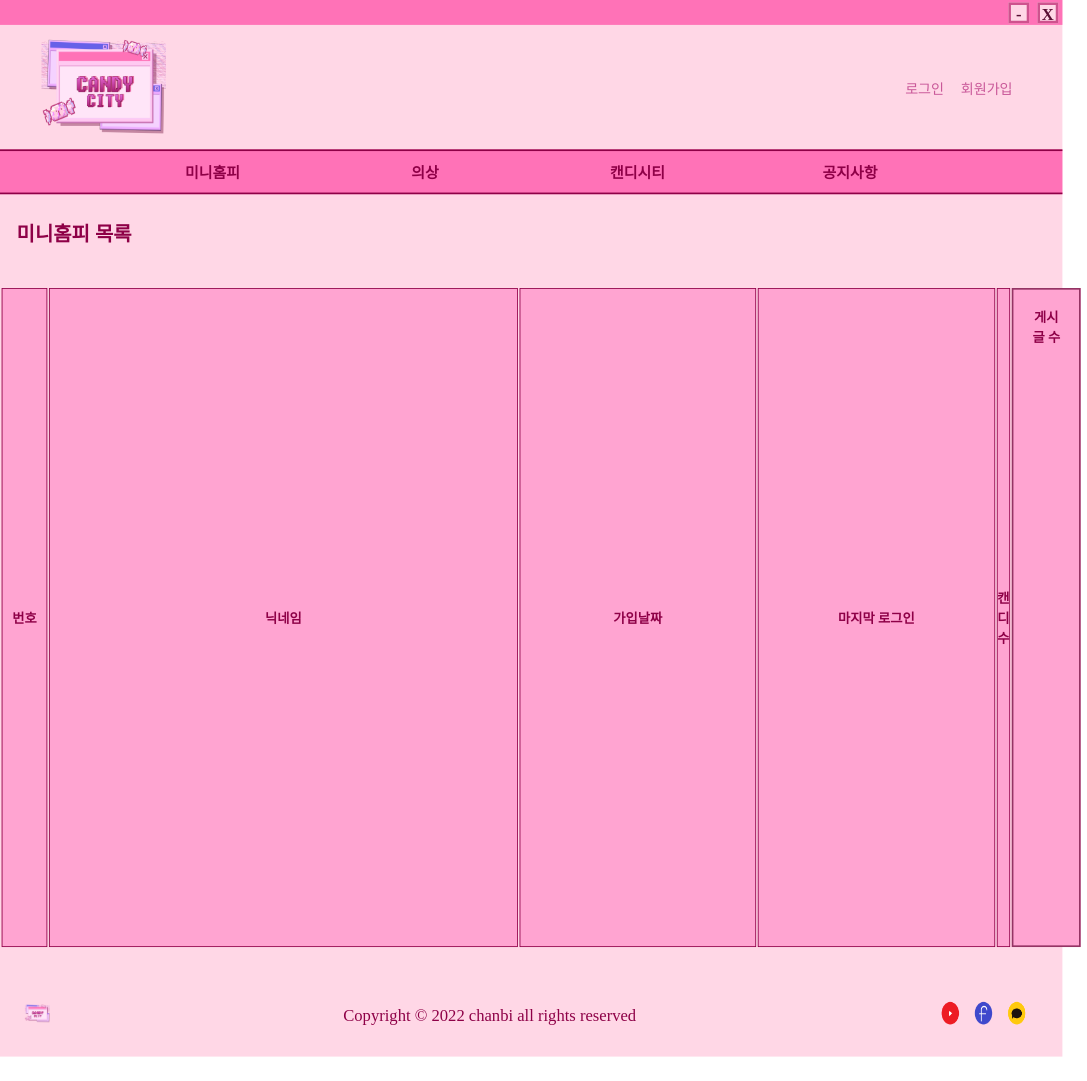
Repository: chanbiM/candyCityProject
Page: http://localhost/CandyCityProj/getUserList
The author's editor kept a copy of each file at every save. The page is drawn from the files as they stood at one save, then again after the next save.
The browser window is 1280 px wide. The page is 1310 px wide, so the pictures cover 1310 px, including what lies to the right of the window. The pictures show the whole page, at 83% of full size.
Some web fonts or font styles are not loaded; a fallback is used. The page is served by Tomcat 9. Other server files are loaded and not shown. Queries for data that is not in the repository find no rows.

Above is the page before, as saved 2022-11-20 05:01:55.

### CandyCityProj/WebContent/admin/memberList.jsp
<%@page import="java.util.ArrayList"%>
<%@page import="vo.MemberVO"%>
<%@ page language="java" contentType="text/html; charset=UTF-8"
    pageEncoding="UTF-8"%>
<%@ include file="/header.jsp"%>
<link rel="stylesheet" href="/css/homepiStyle.css">
<link rel="stylesheet" href="/css/postListStyle.css">

	<br>
<%
	ArrayList<MemberVO> homepiList = (ArrayList<MemberVO>)request.getAttribute("userList");
%>
	<!--미니홈피 목록-->
	<h2>미니홈피 목록</h2> <br>
			<table id="homepiList">
				<tr>
					<th class="number">
						번호
					</th>

					<th class="name">
						닉네임
					</th>

					<th class="joinDate">
						가입날짜
					</th>

					<th class="loginDate">
						마지막 로그인
					</th>
					<th class="candy">
						캔디수
					</th>
					<th class="post">
						게시글 수
					</th>
				</tr>

				<%
					int num = 1;
					for(MemberVO data : homepiList) {
				%>
					<tr>
						<td>
							<a href="/GetHomepi?id=<%= data.getId() %>"><%= num %></a>
						</td>
						<td>
							<a href="/GetHomepi?id=<%= data.getId() %>"><%= data.getName() %></a>
						</td>
						<td>
							<a href="/GetHomepi?id=<%= data.getId() %>"><%= data.getJoinDate() %></a>
						</td>
						<td>
							<% if(data.getLoginDate() == null){ %>
								<a href="/GetHomepi?id=<%= data.getId() %>">로그인 한 적 없음</a>
							<% } else {%>
								<a href="/GetHomepi?id=<%= data.getId() %>"><%= data.getLoginDate() %></a>
							<% } %>
						</td>
				</tr>
					<% num++; %>
				<% } %>


			</table>

<%@ include file="/footer.jsp"%>

### CandyCityProj/WebContent/header.jsp
<%@page import="vo.MemberVO"%>
<%@ page language="java" contentType="text/html; charset=UTF-8"
	pageEncoding="UTF-8"%>
<!DOCTYPE html>
<html>
<head>
<meta charset="UTF-8">
<title>Candy City</title>
<link rel="stylesheet" href="/css/mainStyle.css">
<script src="/js/jquery-3.1.1.min.js"></script>
</head>
<body>
	<div class="wrapper">
		<!-- 창 바 -->
		<div class="window">
			<button class="widow_btn" id="-_btn">-</button>
			<button class="widow_btn" id="x_btn">X</button>
		</div>

		<header>
			<!-- 로고 -->
			<div class="logo">
				<a href="/index.jsp"><img alt="로고" src="/images/logo.png"></a>
			</div>

			<!-- 기타 메뉴바 -->
			<div class="minimenu">

				<ul>
					<%
						MemberVO vo = (MemberVO) session.getAttribute("loginOK");
						if (vo == null) {
					%>
					<li><a href="/member/login.jsp">로그인</a></li>
					<li><a href="/member/insertMember.jsp">회원가입</a></li>
					<%
						} else {
					%>
					<li><a href="/member/myPage.jsp"><%=vo.getName()%>님</a></li>
					<li><a href="/logout"> 로그아웃 </a></li>
					<li><a href="/member/myPage.jsp">마이페이지</a></li>

					<%
						}
					%>
				</ul>

			</div>
		</header>

		<!-- 메뉴바 -->
		<nav>
			<ul class="mainmenu">
				<li><a href="/getHomepiList">미니홈피</a>
					<ul class="submenu">
					<%
						if (vo == null) {
					%>
						<li><a href="/member/login.jsp">내 미니홈피</a></li>
						<li><a href="/getHomepiList">미니홈피 목록</a></li>
					<%
						} else {
					%>

						<li><a href="/GetHomepi?id=<%= vo.getId() %>">내 미니홈피</a></li>
						<li><a href="/getHomepiList">미니홈피 목록</a></li>
					<%
						}
					%>
					</ul></li>

				<li><a href="#">의상</a>
					<ul class="submenu">
					<%
						if (vo == null) {
					%>
						<li><a href="/member/login.jsp">내 의상</a></li>
						<li><a href="/member/login.jsp">의상 상점</a></li>
						<li><a href="/member/login.jsp">의상 설정</a></li>
					<% } else {
					%>
						<li><a href="/getcCostumeList?id=<%= vo.getId() %>&name=<%= vo.getName() %>">내 의상</a></li>
						<li><a href="/getShopList?id=<%= vo.getId() %>">의상 상점</a></li>
						<li><a href="/characterSet">의상 설정</a></li>
					<%
					} %>
					</ul></li>

				<li><a href="#">캔디시티</a>
					<ul class="submenu">
					</ul></li>

				<li><a href="/getNoticeList?type=E">공지사항</a>
					<ul class="submenu">
						<li><a href="/getNoticeList?type=E">이벤트</a></li>
						<li><a href="/getNoticeList?type=N">공지사항</a></li>
						<li><a href="/getNoticeList?type=R">당첨자 발표</a></li>
					</ul></li>

				<%
					MemberVO adminVo = (MemberVO) session.getAttribute("manager");
					if (adminVo != null) {
				%>
				<li><a href="/member/memberList_admin.jsp">관리자용 메뉴</a>
					<ul class="submenu">
						<li><a href="#">유저 리스트</a></li>
						<!-- <li><a href="#">문의글 확인</a></li>
						<li><a href="#">신고글 확인</a></li> -->
						<li><a href="/admin/noticeInsert.jsp">공지사항/이벤트 작성</a></li>
					</ul></li>
			<%
				}
			%>
			</ul>

		</nav>

### CandyCityProj/WebContent/footer.jsp
<%@ page language="java" contentType="text/html; charset=UTF-8"
    pageEncoding="UTF-8"%>
        <!-- 푸터 영역 -->
        <footer>
            <!-- 하단로고 -->
            <div>
                <a href="/index.jsp" class="logo">
                    <img src="/images/logo.png" alt="로고" >
                </a>
            </div>
            <!-- 카피라이트 -->
            <div class="copyright">
                <p> Copyright &copy; 2022 chanbi all rights reserved</p>
            </div>
            <!-- SNS -->
            <div>
                <ul class="sns">
                    <li><a href="https://www.youtube.com/@rorochanbi"><img src="/images/youtube.png" alt="유튜브" height="40"></a></li>
                    <li><a href="#"><img src="/images/facebook.png" alt="페이스북" height="40"></a></li>
                    <li><a href="https://open.kakao.com/o/s1olGebe"><img src="/images/kakao.png" alt="카카오톡" height="40"></a></li>
                </ul>
            </div>
        </footer>
    </div>
	<script src="/js/script.js"></script>
</body>
</html>

### CandyCityProj/src/controller/GetUserListController.java
package controller;

import java.io.IOException;
import java.io.PrintWriter;
import java.util.ArrayList;

import javax.servlet.ServletException;
import javax.servlet.annotation.WebServlet;
import javax.servlet.http.HttpServlet;
import javax.servlet.http.HttpServletRequest;
import javax.servlet.http.HttpServletResponse;

import dao.MemberDAO;
import dao.adminDAO;
import vo.MemberVO;

@WebServlet("/getUserList")
public class GetUserListController extends HttpServlet {
	private static final long serialVersionUID = 1L;

    public GetUserListController() {
        super();
        // TODO Auto-generated constructor stub
    }

	protected void doGet(HttpServletRequest request, HttpServletResponse response) throws ServletException, IOException {
		response.setContentType("text/html; charset=UTF-8");
		request.setCharacterEncoding("UTF-8");
		PrintWriter out = response.getWriter();
		adminDAO dao = new adminDAO();
		ArrayList<MemberVO> userList = dao.getMemberList();

		request.setAttribute("userList", userList);
		request.getRequestDispatcher("/admin/memberList.jsp").forward(request, response);
	}

	protected void doPost(HttpServletRequest request, HttpServletResponse response) throws ServletException, IOException {
		// TODO Auto-generated method stub
		doGet(request, response);
	}

}

### CandyCityProj/src/dao/adminDAO.java
package dao;

import java.sql.Connection;
import java.sql.PreparedStatement;
import java.sql.ResultSet;
import java.sql.SQLException;
import java.util.ArrayList;

import common.JdbcUtill;
import vo.MemberVO;
import vo.NoticeVO;
import vo.PostVO;

public class adminDAO {
	//공지사항 작성
	public int insertNotice(NoticeVO vo, MemberVO memberVo) {
		int n = 0;

		Connection conn = null;
		PreparedStatement pstmt = null;
		String sql = "insert into manager_notice values('notice-'||notice_seq.nextval,?,?,?,?,NULL,SYSDATE)";

		conn = JdbcUtill.getConnection();

		try {
			pstmt = conn.prepareStatement(sql);

			pstmt.setString(1, memberVo.getId());
			pstmt.setString(2, vo.getType());
			pstmt.setString(3, vo.getTitle());
			pstmt.setString(4, vo.getContents());

			n = pstmt.executeUpdate();

		} catch (SQLException e) {
			e.printStackTrace();
		} finally {
			JdbcUtill.close(conn, pstmt);
		}

		return n;
	}

	//이벤트 게시글 조회
	public ArrayList<NoticeVO> getNoticeList(String type) {
		ArrayList<NoticeVO> list = new ArrayList<NoticeVO>();
		Connection conn = null;
		PreparedStatement pstmt = null;
		ResultSet rs = null;
		String sql = "select * from manager_notice where type=? ORDER BY notice_code desc";

		try {
			conn = JdbcUtill.getConnection();
			pstmt = conn.prepareStatement(sql);
			pstmt.setString(1, type);
			rs = pstmt.executeQuery();

			while (rs.next()) {
				NoticeVO vo = new NoticeVO();
				vo.setNoticeCode(rs.getString("notice_code"));
				vo.setId(rs.getString("id"));
				vo.setType(rs.getString("type"));
				vo.setTitle(rs.getString("title"));
				vo.setContents(rs.getString("contents"));
				vo.setEndO(rs.getString("end_o"));
				vo.setWriteDate(rs.getDate("write_date"));

				list.add(vo);
			}

		} catch (SQLException e) {
			e.printStackTrace();
			System.out.println("테이블 데이터 조회 실패");
		} finally {
			 JdbcUtill.close(conn, pstmt, rs);
		}
		return list;
	}

	//공지사항 내용 조회
	public NoticeVO getNoticeInfo(String noticeCode) {
		Connection conn = null;
		PreparedStatement pstmt = null;
		ResultSet rs = null;
		String sql = "select * from manager_notice where notice_code=?";
		NoticeVO result = new NoticeVO();

		conn = JdbcUtill.getConnection();
		try {
			pstmt = conn.prepareStatement(sql);
			pstmt.setString(1, noticeCode);

			rs = pstmt.executeQuery();

			if(rs.next()) {
				result.setNoticeCode(rs.getString("notice_code"));
				result.setId(rs.getString("id"));
				result.setType(rs.getString("type"));
				result.setTitle(rs.getString("title"));
				result.setContents(rs.getString("contents"));
				result.setEndO(rs.getString("end_o"));
				result.setWriteDate(rs.getDate("write_date"));
			}

		} catch (Exception e) {
			e.printStackTrace();
		} finally {
			JdbcUtill.close(conn, pstmt, rs);
		}

		return result;
	}

	//공지사항 인덱스에 몇개만 출력
	public ArrayList<NoticeVO> getNoticeIndex(String type) {
		ArrayList<NoticeVO> list = new ArrayList<NoticeVO>();
		Connection conn = null;
		PreparedStatement pstmt = null;
		ResultSet rs = null;
		String sql = "select ROWNUM, a.* from (SELECT * FROM manager_notice where type=? AND end_o IS null ORDER BY notice_code desc) a where ROWNUM <=9";

		try {
			conn = JdbcUtill.getConnection();
			pstmt = conn.prepareStatement(sql);
			pstmt.setString(1, type);
			rs = pstmt.executeQuery();

			while (rs.next()) {
				NoticeVO vo = new NoticeVO();
				vo.setNoticeCode(rs.getString("notice_code"));
				vo.setType(rs.getString("type"));
				vo.setTitle(rs.getString("title"));
				vo.setEndO(rs.getString("end_o"));

				list.add(vo);
			}

		} catch (SQLException e) {
			e.printStackTrace();
			System.out.println("테이블 데이터 조회 실패");
		} finally {
			 JdbcUtill.close(conn, pstmt, rs);
		}
		return list;
	}

	public int updateEnd(String noticeCode) {
		int n = 0;
		Connection conn = null;
		PreparedStatement pstmt = null;
		String sql = "update manager_notice set end_o='O' where notice_code=?";

		try {
			conn = JdbcUtill.getConnection();
			pstmt = conn.prepareStatement(sql);
			pstmt.setString(1, noticeCode);

			n = pstmt.executeUpdate();
		} catch (Exception e) {
			e.printStackTrace();
		} finally {
			JdbcUtill.close(conn, pstmt);
		}
		return n;
	}

	//멤버리스트
	public ArrayList<MemberVO> getMemberList() {
		ArrayList<MemberVO> list = new ArrayList<MemberVO>();
		Connection conn = null;
		PreparedStatement pstmt = null;
		ResultSet rs = null;
		String sql = "select * from member ORDER BY name asc";

		try {
			conn = JdbcUtill.getConnection();
			pstmt = conn.prepareStatement(sql);

			rs = pstmt.executeQuery();

			while (rs.next()) {
				MemberVO vo = new MemberVO();
				vo.setId(rs.getString("id"));
				vo.setName(rs.getString("name"));
				vo.setJoinDate(rs.getDate("join_date"));
				vo.setLoginDate(rs.getDate("login_date"));
				vo.setCandy(rs.getInt("candy"));
				vo.setPostNum(rs.getInt("post_num"));
				vo.setCommentNum(rs.getInt("comment_num"));
				vo.setManager(rs.getString("manager"));

				list.add(vo);
			}

		} catch (SQLException e) {
			e.printStackTrace();
			System.out.println("테이블 데이터 조회 실패");
		} finally {
			 JdbcUtill.close(conn, pstmt, rs);
		}
		return list;
	}
}

### CandyCityProj/src/common/JdbcUtill.java
package common;

import java.sql.Connection;
import java.sql.DriverManager;
import java.sql.PreparedStatement;
import java.sql.ResultSet;

public class JdbcUtill {
	public static Connection getConnection() {
		Connection conn = null;

		try {
			Class.forName("oracle.jdbc.driver.OracleDriver");
			conn = DriverManager.getConnection("jdbc:oracle:thin:@localhost:1521:xe", "hr", "hr");
		} catch (Exception e) {
			System.out.println("DB 연결 실패");
			e.printStackTrace();
		}
		return conn;
	}

	public static void close(Connection conn, PreparedStatement pstmt) {
		if (pstmt!= null) {
			try {
				pstmt.close();
			} catch (Exception e) {
				// TODO: handle exception
				System.out.println("pstmt.close() 실패");
			}
		}

		if(conn != null) {
			try {
				conn.close();
			} catch (Exception e) {
				// TODO: handle exception
				System.out.println("conn.close() 실패");
				e.printStackTrace();
			}
		}
	}

	public static void close(Connection conn, PreparedStatement pstmt, ResultSet rs) {
		if(rs != null) {
			try {
				rs.close();
			} catch (Exception e) {
				// TODO: handle exception
				System.out.println("rs.close() ����");
				e.printStackTrace();
			}
		}
		close(conn, pstmt);
	}


}

### CandyCityProj/WebContent/css/homepiStyle.css
body {
    -ms-overflow-style: none;
}

a:hover {
	cursor: pointer;
}
body::-webkit-scrollbar {
    display: none;
}
.wrapper {
	min-height: 1100px;
}

.member_info {
    width: 95%;
    background-color: #fecddd;
    height: 150px;
    margin: auto;
    padding: 20px;
}

.member_info li{
	height: 100%;
}
.member_info ul {
    display: flex;
    justify-content: space-evenly;
    align-items: center;
    height: 100%;
}

.profile_char img{
    width: 150px;
    height: 150px;
    background-color: rgb(164, 111, 130);
    border-radius: 20px;
}

.info {
    width: 800px;
}

#homepi_info {
    width: 150px;
    height: 40px;
    margin-top: 100px;
    background-color: #ca6497;
    color: #fff1f1;
    border: 2px #9a4f74 solid;
    border-radius: 5px;
}

#homepi_info:hover {
    background-color: #943464;
    color: #d5c8c8;
    cursor: pointer;
    transition: background-color 0.2s, color 0.2s;
}

input:focus {outline: none;}

input::placeholder {
    color: #7e3b5d;
}

.character_info {
    float: left;
    width: 300px;
    background-color: #fecddd;
    height: 470px;
    margin: 15px;
    padding: 20px;
    text-align: center;
}

.info_character {
    width: 280px;
    border-radius: 20px;
    height: 350px;
    display: flex;
    margin: auto;
    margin-bottom: 5px;
}

.info_character img {
	width: 300px;
	height: 400px;
	position: absolute;
}

#post_btn {
    width: 250px;
    height: 40px;
    margin-bottom: 10px;
    background-color: #ca6497;
    color: #fff1f1;
    border: 2px #9a4f74 solid;
    border-radius: 5px;
}
#post_btn:hover {
    background-color: #943464;
    color: #d5c8c8;
    cursor: pointer;
    transition: background-color 0.2s, color 0.2s;
}

.post_search {
    margin: 15px;

}

input[type="text"]{
   width: 65%;
   height: 50px;

    font-size: 25px;
    padding-left: 5px;
    /*border: #811b4e 2px solid;*/
    border: 2px solid #943464;
    background-color: rgb(255, 255, 255);
  }

  input[type="submit"]{
    width: 5%;
    height: 56px;
    background-color: #ca6497;
    color: #fff1f1;
    border: 2px #9a4f74 solid;
  }
  input[type="submit"]:hover {
    background-color: #943464;
    color: #d5c8c8;
    cursor: pointer;
    transition: background-color 0.2s, color 0.2s;
}

.representative_post {
    border: 2px solid #943464;

    width: 66%;
    height: 750px;
    display: inline-block;
    padding: 20px;
}
#post_content {
    height: 370px;
}
#post_list {
    display: flex;
    align-items: flex-end;
    justify-content: flex-end;
}
#post_list button{
    background-color: #ca6497;
    color: #fff1f1;
    border: 2px #9a4f74 solid;
    width: 200px;
    height: 40px;
}



#post_list button:hover {
    background-color: #943464;
    color: #d5c8c8;
    cursor: pointer;
    transition: background-color 0.2s, color 0.2s;
}

hr {
    width: 100%;
    text-align: center;
    margin: auto;

	height : 1px;
    border: 0;
	background-color : #811b4e;
}

.post {
    border: 2px solid #943464;

    width: 66%;
    height: 750px;
    display: inline-block;
    padding: 20px;
}

.title {
	margin: 0px;
}

.notice {
	border: 2px solid #943464;

    width: 1180px;
    height: 750px;
    padding: 20px;
    margin: 30px;
}

#notice_content {
	height: 600px;
}

#notice_list {
    display: flex;
    justify-content: flex-end;
    margin-right: 30px;
}
#notice_list button{
    background-color: #ca6497;
    color: #fff1f1;
    border: 2px #9a4f74 solid;
    width: 200px;
    height: 40px;
}

.head {
	z-index: 60;
}

.eyes {
	z-index: 59;
}

.body {
	z-index: 61;
}

.shoes {
	z-index: 58;
}

.character {
	z-index: 50;

}

### CandyCityProj/WebContent/css/postListStyle.css
#post_list {
    width: 900px;
    display: flex;
    justify-content: center;

}

th {
	background-color: #ffa4d1;
}


td, th, tr {
	text-align: center;
    border: 1px solid;
    height: 40px;
    overflow: hidden;
}

.number {
    width: 70px;
}

.title {
    width: 700px;
}
.date {
	width: 300px;
}
.end {
	width: 250px;
}
.type {
    width: 80px;
}

.name {
	width: 800px;
}

.joinDate {
	width: 400px;
}

.loginDate {
	width: 400px;
}

.buttonBox {
	width: 100%;
    display: flex;
    justify-content: flex-end;

}

.listBtn {
	margin-right: 10px;
	margin-bottom: 20px;
	width: 250px;
    height: 40px;
    margin-bottom: 10px;
    background-color: #f499c5;
    border: 2px #9a4f74 solid;
    border-radius: 5px;
}

.listBtn:hover {
    background-color: #943464;
    color: #d5c8c8;
    cursor: pointer;
    transition: background-color 0.2s, color 0.2s;
}

h2 {
	margin-left: 20px;
	margin-top: 10px;
}

.homepiList {
	margin: auto;

}

Loaded but not shown: CandyCityProj/WebContent/js/jquery-3.1.1.min.js (library); CandyCityProj/WebContent/js/script.js (84 lines, source omitted); CandyCityProj/WebContent/css/mainStyle.css (514 lines, source omitted)

After the next save:
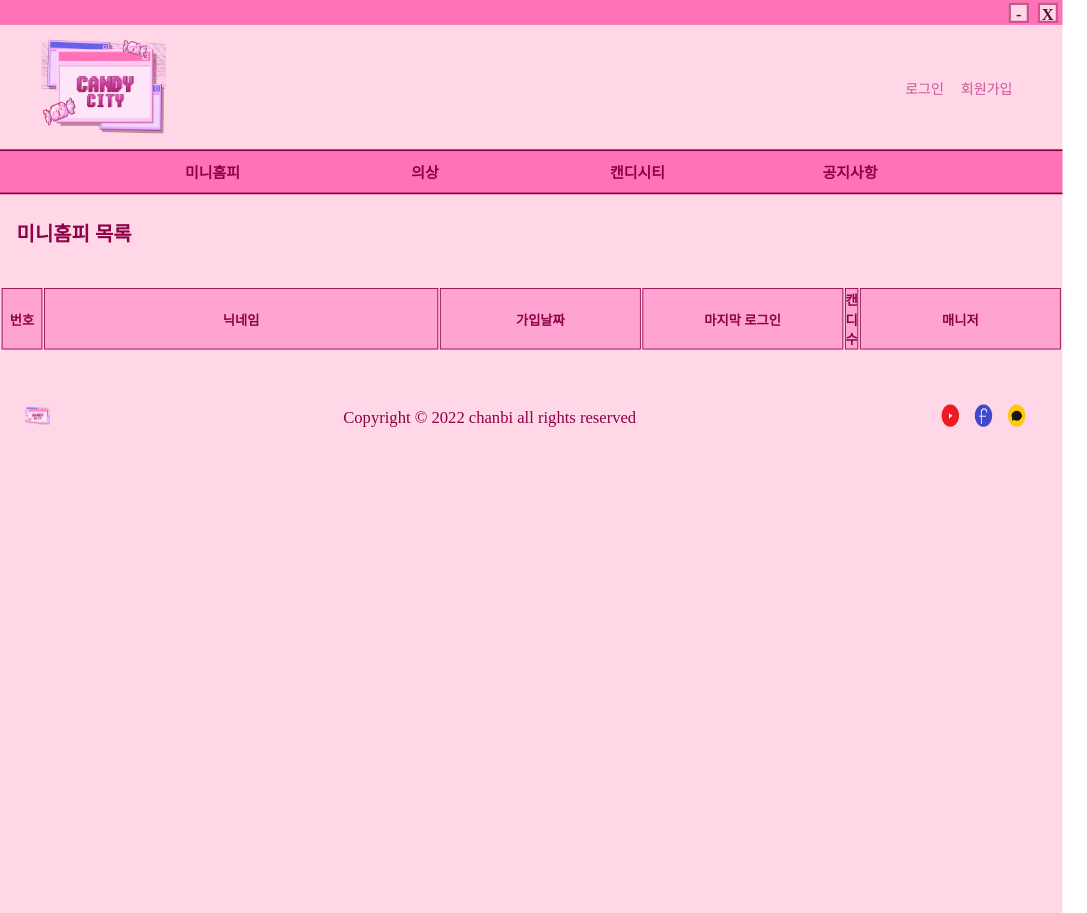
Saved 13 s later.
--- a/CandyCityProj/WebContent/admin/memberList.jsp
+++ b/CandyCityProj/WebContent/admin/memberList.jsp
@@ -32,8 +32,8 @@
 					<th class="candy">
 						캔디수
 					</th>
-					<th class="post">
-						게시글 수
+					<th class="loginDate">
+						매니저
 					</th>
 				</tr>
 
